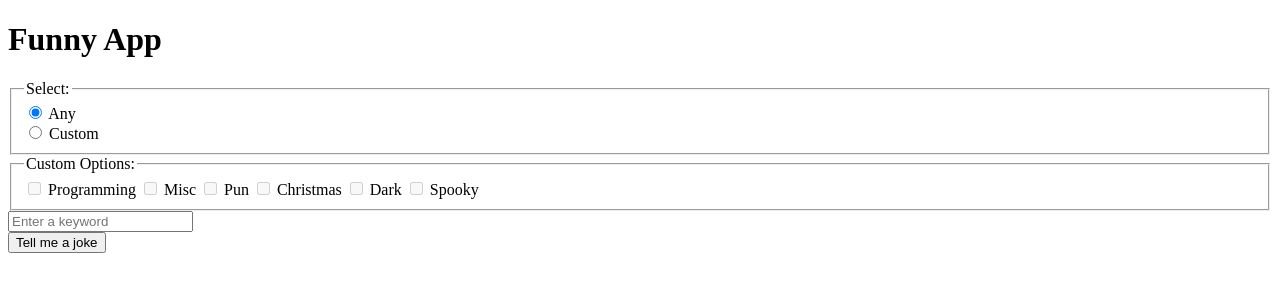
Repository: kaitlynMidori/dadJokeApi
Page: index.html
An editor plug-in stored every save of this project. The page is shown before and after the next save, followed by the edit.
The browser window is 1280 px wide. The pictures show the whole page.
Some web libraries are served in a nearby version.

Above is the page before, as saved 2021-01-06 13:12:45.

After the next save:
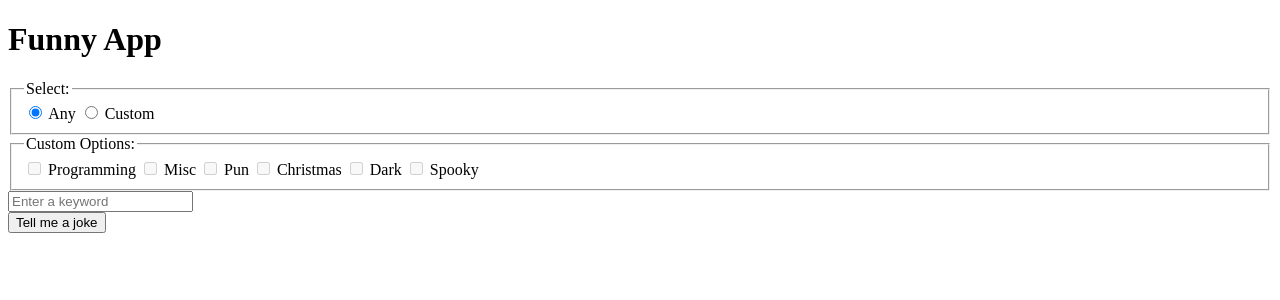
Saved 34 s later.
--- a/index.html
+++ b/index.html
@@ -14,8 +14,7 @@
             <div id="form-check">
                 <input type="radio"  id="any" name="type" value="Any" checked>
                 <label for="any">Any</label>
-            </div>
-            <div id="form-check">
+
                 <input type="radio"  id="custom" name="type" value="Custom">
                 <label for="custom">Custom</label>
             </div>
